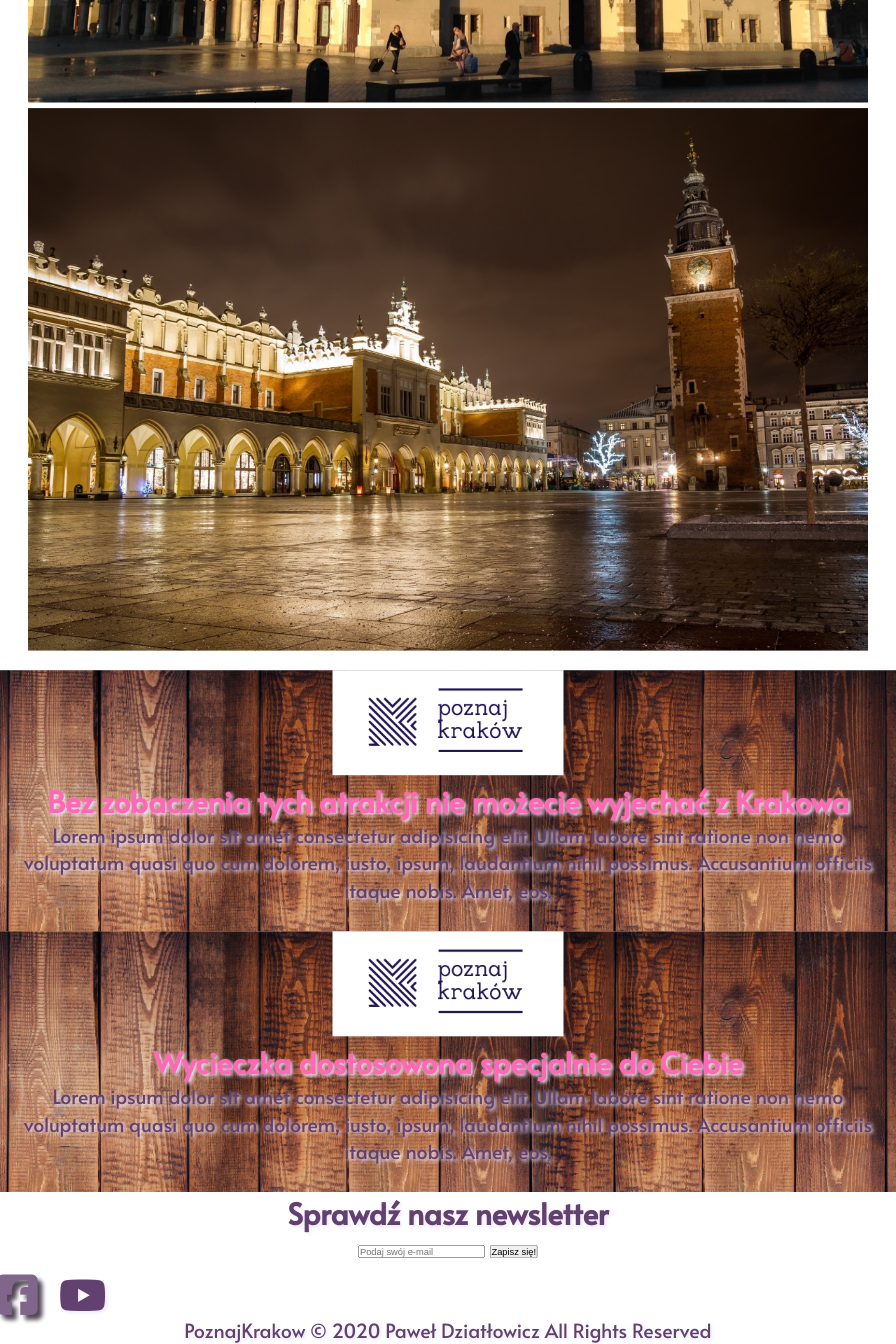
Repository: DZIALEK/projekt1
Page: projekt1.html
An editor plug-in stored every save of this project. The page is shown before and after the next save, followed by the edit.
The browser window is 1280 px wide. The pictures show the part of the page from y = 2828 to 4748 px (the page is 4748 px tall), at 70% of full size.
The pointer rests on the first visible `.social-media i`.
Some icons come from a web library that is not loaded, so they are not drawn. A picture or video elsewhere on the page could not be fetched, so the positions and the page height are approximate. Some web libraries are served in a nearby version.

Above is the page before, as saved 2020-07-15 00:48:45.

After the next save:
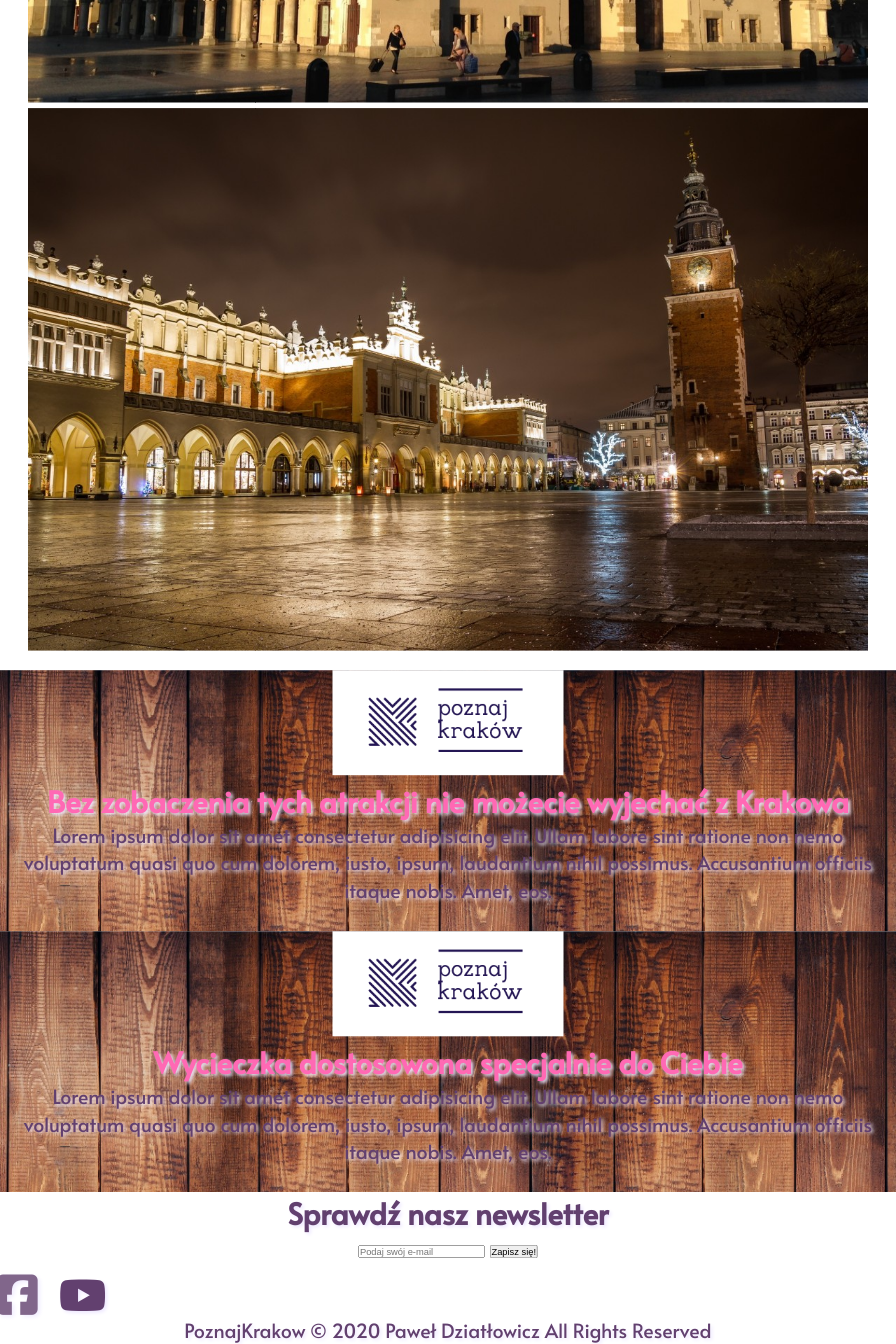
Saved 7 s later.
--- a/projekt1.css
+++ b/projekt1.css
@@ -182,7 +182,7 @@ nav a:hover {
 .social-media i:hover {
     color: #62406F;
     opacity: 0.8;
-    text-shadow: #271B2B 0.1em 0.1em 0.1em;
+    /* text-shadow: #271B2B 0.1em 0.1em 0.1em; */
     transform: scale(1.1,1.1);
     transition-duration: 250ms;
     transition-timing-function: ease-out;
